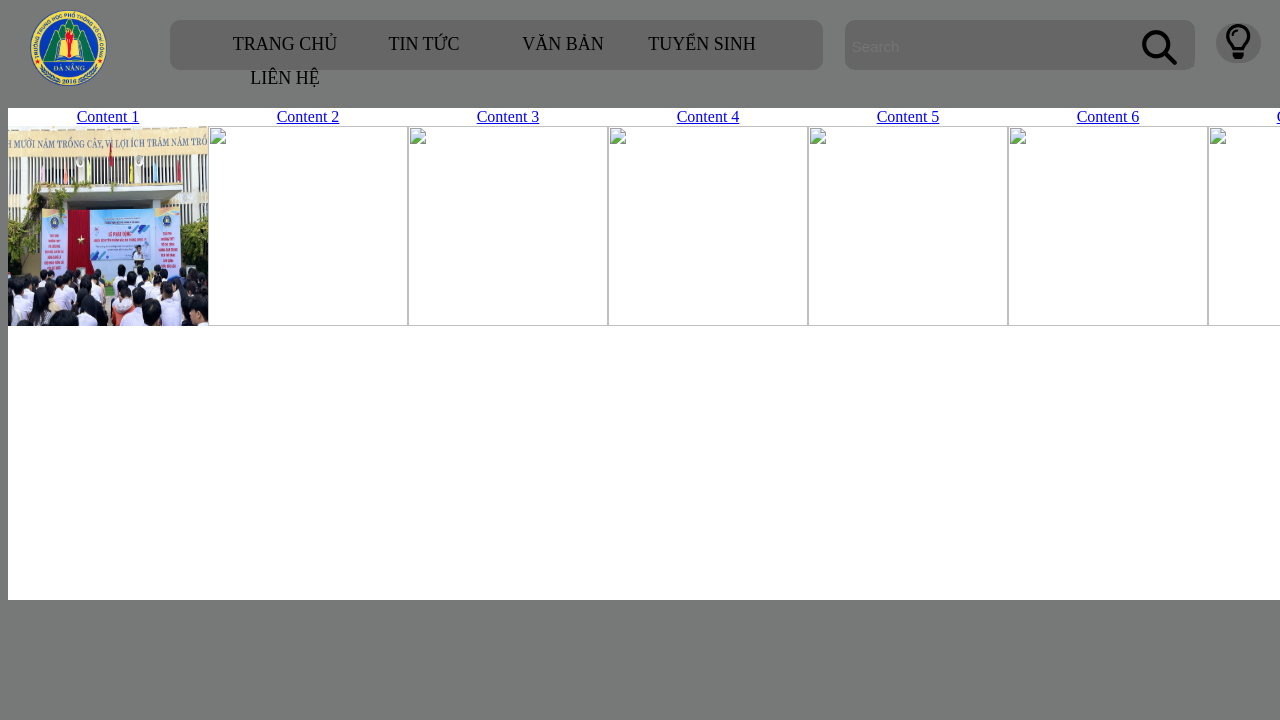
Repository: dphasst17/THPTVCC
Page: new/new.html
The author's editor kept a copy of each file at every save. The page is drawn from the files as they stood at one save, then again after the next save.
The browser window is 1280 px wide. The pictures show the whole page.

Above is the page before, as saved 2022-10-13 09:25:33.

After the next save:
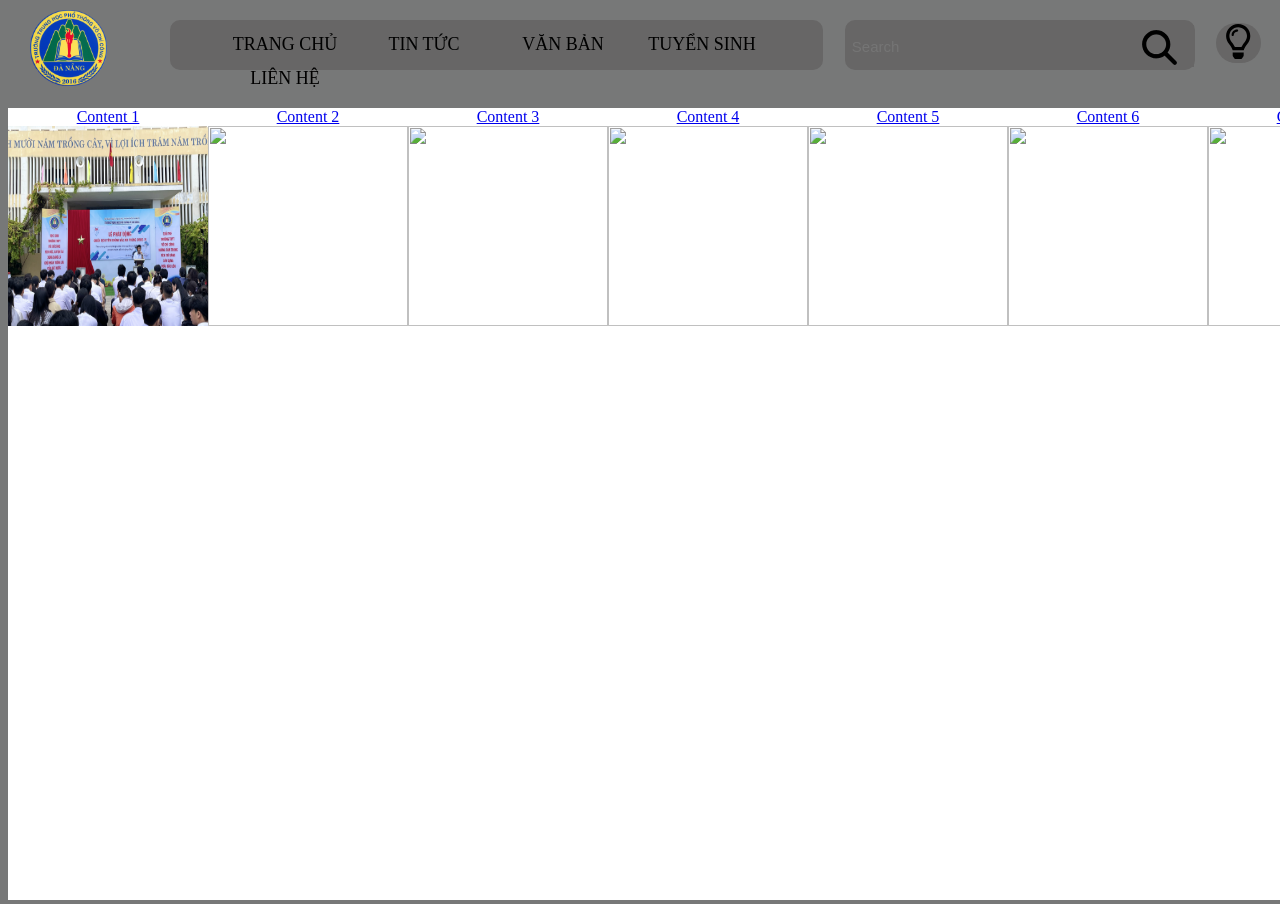
Saved 2 min 56 s later.
--- a/new/new.html
+++ b/new/new.html
@@ -83,7 +83,7 @@
     </header>
     <div class="container">
         <article style="width:100%;">
-            <iframe name="page" src="./new_content/new_content_home.html" frameborder="0" width="100%" height="500px">
+            <iframe name="page" src="./new_content/new_content_home.html" frameborder="0" width="100%" height="800px">
             </iframe>
         </article>
     </div>
